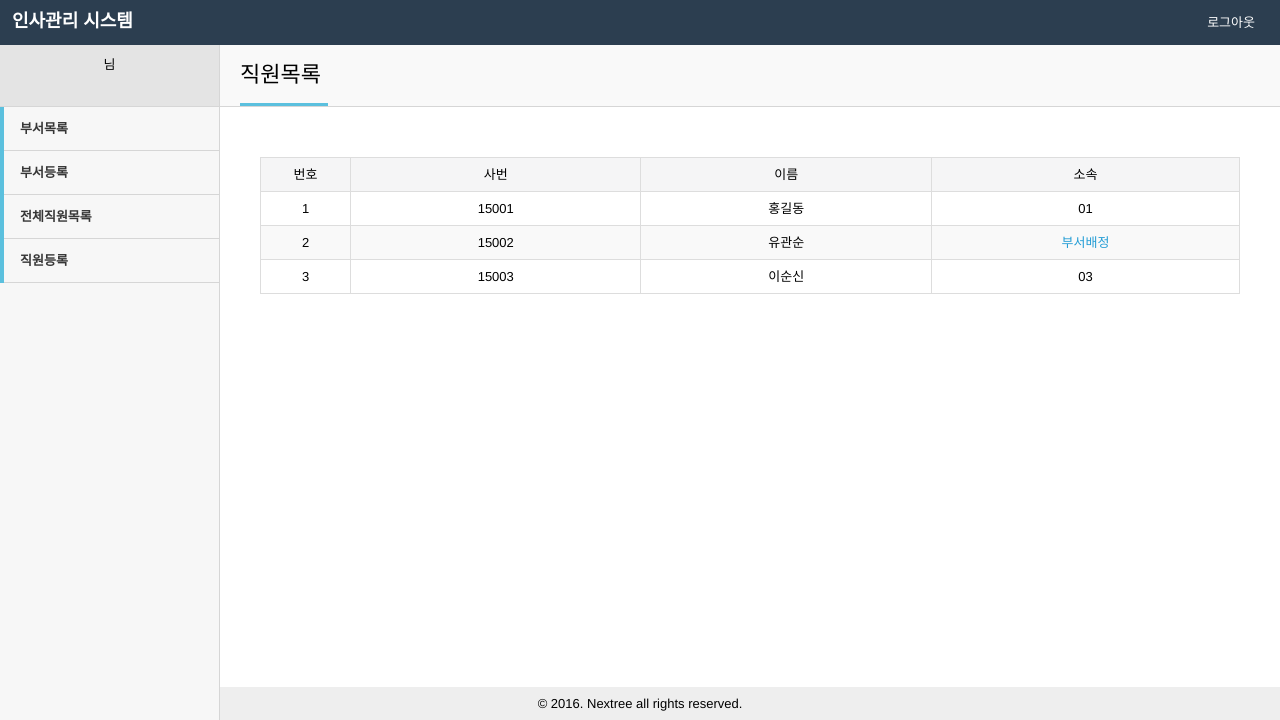
Repository: brotherdoor/shiba
Page: http://localhost/HumanResource_templete/views/employeeList.jsp
The author's editor kept a copy of each file at every save. The page is drawn from the files as they stood at one save, then again after the next save.
The browser window is 1280 px wide. The pictures show the whole page.
The page is served by Tomcat 9.

Above is the page before, as saved 2017-02-27 08:11:04.

After the next save:
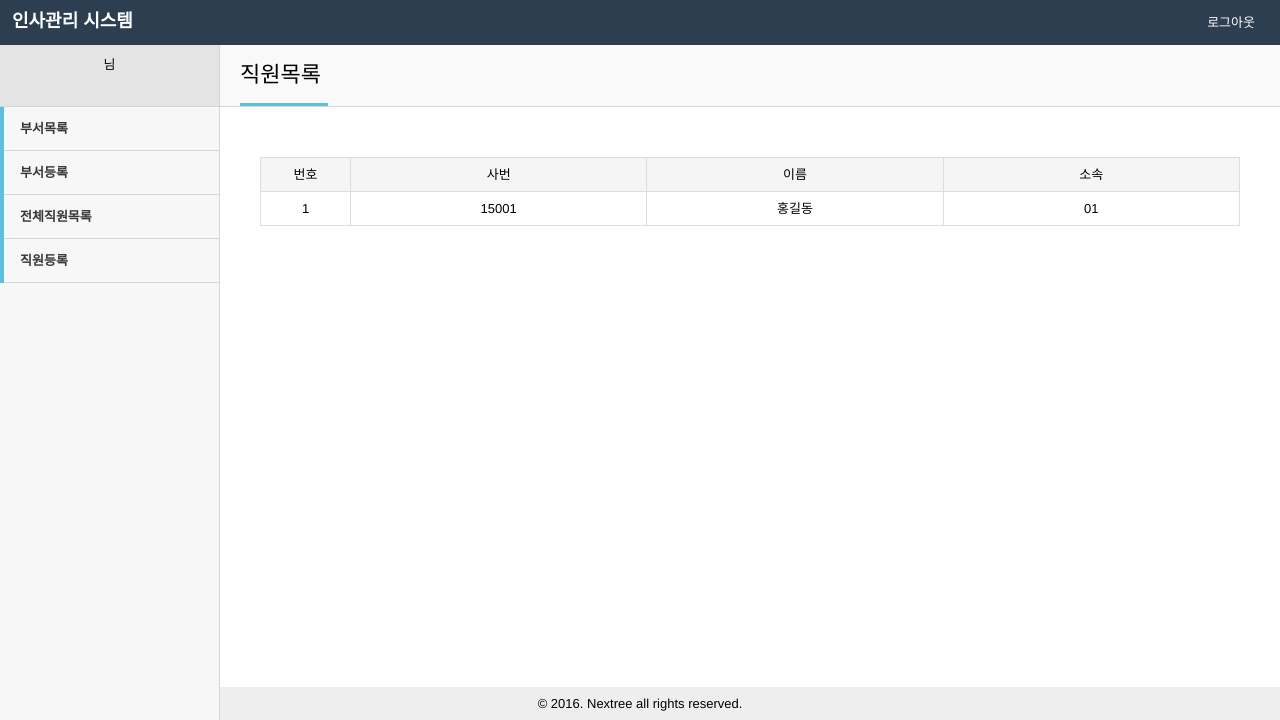
Saved 8 s later.
--- a/jsp/HumanResource_templete/WebContent/views/employeeList.jsp
+++ b/jsp/HumanResource_templete/WebContent/views/employeeList.jsp
@@ -42,18 +42,6 @@
                 <td>홍길동</td>
                 <td>01</td>
             </tr>
-            <tr>
-                <td>2</td>
-                <td>15002</td>
-                <td>유관순</td>
-                <td><a href="#">부서배정</a></td>
-            </tr>
-            <tr>
-                <td>3</td>
-                <td>15003</td>
-                <td>이순신</td>
-                <td>03</td>
-            </tr>
             </tbody>
         </table>
     </div>
